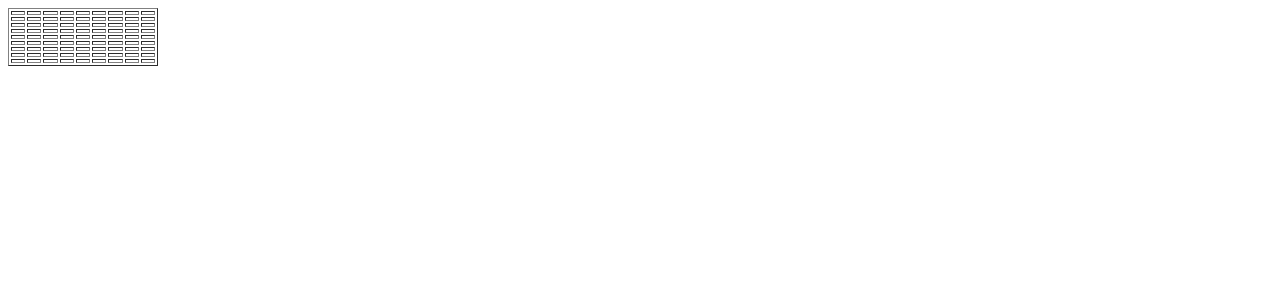
Repository: paul2oh/hellowjava
Page: workspace/javastart_svn/src/javastart/WebContent/clientPrg/my_project01/a01_project1.html
An editor plug-in stored every save of this project. The page is shown before and after the next save, followed by the edit.
The browser window is 1280 px wide. The pictures show the whole page.

Above is the page before, as saved 2017-01-03 07:36:28.

### workspace/javastart_svn/src/javastart/WebContent/clientPrg/my_project01/a01_project1.html
<!DOCTYPE html>
<html>
<head>
<meta charset="EUC-KR">
<title>Insert title here</title>
<script>

</script>
</head>
<body>
<!--
9*9 지뢰 10개 초급 지뢰찾기
 -->
<table border=1 width=150px heigth=150px >

<tr id="tr1">
	<td></td>
	<td></td>
	<td></td>
	<td></td>
	<td></td>
	<td></td>
	<td></td>
	<td></td>
	<td></td>
</tr>
<tr id="tr2">
	<td></td>
	<td></td>
	<td></td>
	<td></td>
	<td></td>
	<td></td>
	<td></td>
	<td></td>
	<td></td>
</tr>
<tr id="tr3">
	<td></td>
	<td></td>
	<td></td>
	<td></td>
	<td></td>
	<td></td>
	<td></td>
	<td></td>
	<td></td>
</tr>
<tr id="tr4">
	<td></td>
	<td></td>
	<td></td>
	<td></td>
	<td></td>
	<td></td>
	<td></td>
	<td></td>
	<td></td>
</tr>
<tr id="tr5">
	<td></td>
	<td></td>
	<td></td>
	<td></td>
	<td></td>
	<td></td>
	<td></td>
	<td></td>
	<td></td>
</tr>
<tr id="tr6">
	<td></td>
	<td></td>
	<td></td>
	<td></td>
	<td></td>
	<td></td>
	<td></td>
	<td></td>
	<td></td>
</tr>
<tr id="tr7">
	<td></td>
	<td></td>
	<td></td>
	<td></td>
	<td></td>
	<td></td>
	<td></td>
	<td></td>
	<td></td>
</tr>
<tr id="tr8">
	<td></td>
	<td></td>
	<td></td>
	<td></td>
	<td></td>
	<td></td>
	<td></td>
	<td></td>
	<td></td>
</tr>
<tr id="tr9">
	<td></td>
	<td></td>
	<td></td>
	<td></td>
	<td></td>
	<td></td>
	<td></td>
	<td></td>
	<td></td>
</tr>



</table>

</body>
</html>

After the next save:
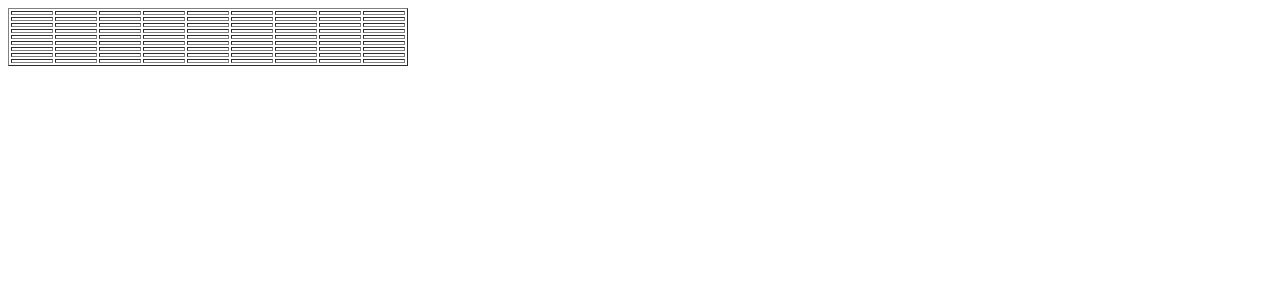
Saved 18 s later.
--- a/workspace/javastart_svn/src/javastart/WebContent/clientPrg/my_project01/a01_project1.html
+++ b/workspace/javastart_svn/src/javastart/WebContent/clientPrg/my_project01/a01_project1.html
@@ -11,7 +11,7 @@
 <!--
 9*9 지뢰 10개 초급 지뢰찾기
  -->
-<table border=1 width=150px heigth=150px >
+<table border=1 width=400px heigth=500px >
 
 <tr id="tr1">
 	<td></td>

After the 3 saves that followed:
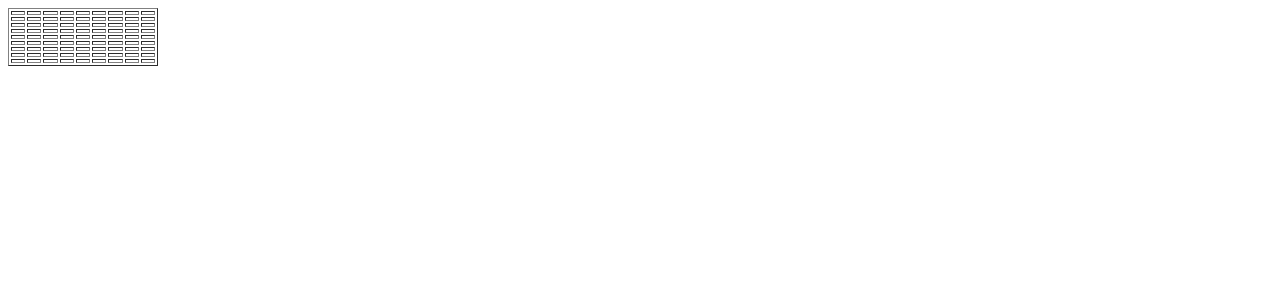
The 3 saves are shown as one change because 1 left the picture as it was and some came seconds apart.
The last was saved 92 s later.
--- a/workspace/javastart_svn/src/javastart/WebContent/clientPrg/my_project01/a01_project1.html
+++ b/workspace/javastart_svn/src/javastart/WebContent/clientPrg/my_project01/a01_project1.html
@@ -11,7 +11,7 @@
 <!--
 9*9 지뢰 10개 초급 지뢰찾기
  -->
-<table border=1 width=400px heigth=500px >
+<table border=1 width=150px heigth=1500px >
 
 <tr id="tr1">
 	<td></td>
